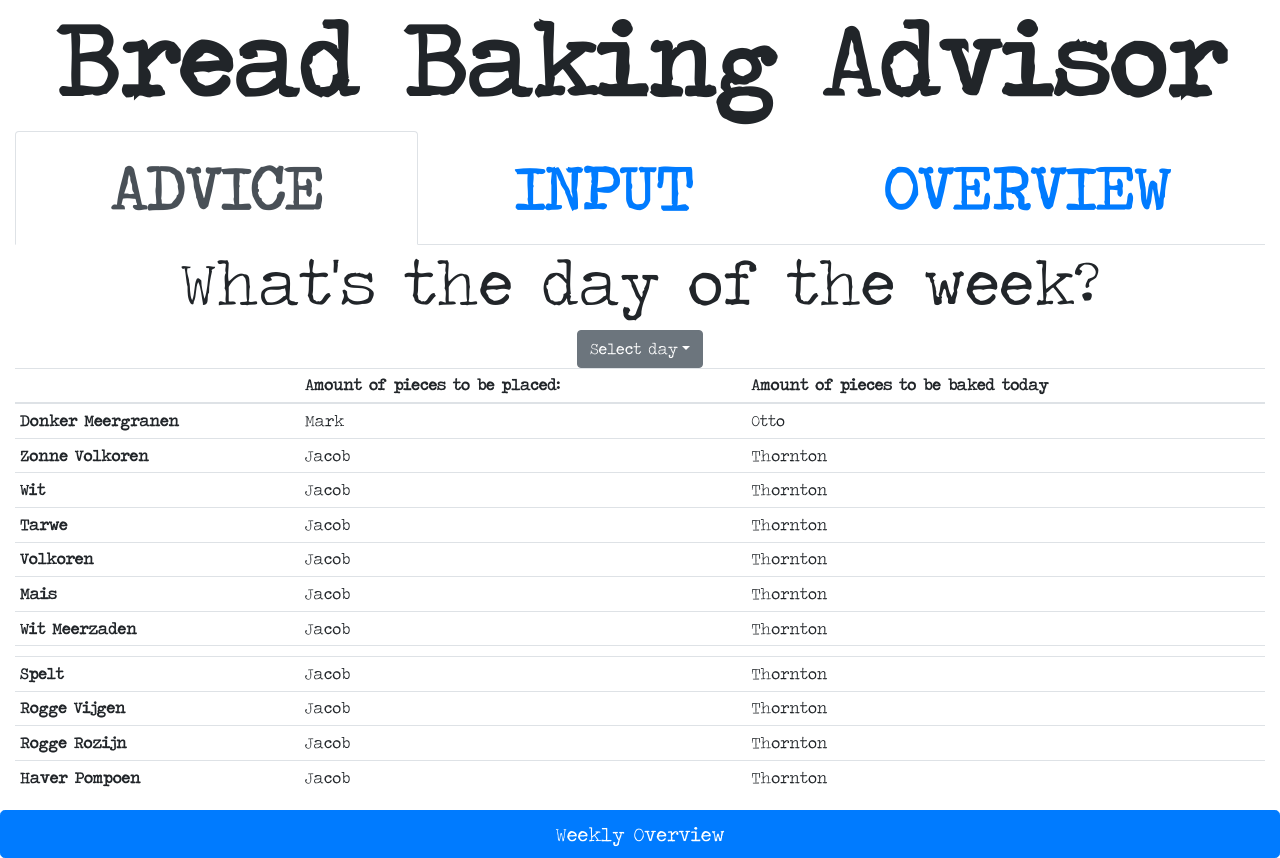
Repository: MarthGimenzo/bread-baking-advisor
Page: index.html
The author's editor kept a record of every edit. The page is drawn from the files as they stood at one moment, then again after the next edit.
The browser window is 1280 px wide. The pictures show the whole page.

Above is the page before.

### index.html
<!doctype html>
<html lang="en">

<head>
    <!-- Required meta tags -->
    <meta charset="utf-8">
    <meta name="viewport" content="width=device-width, initial-scale=1, shrink-to-fit=no">

    <!-- Bootstrap CSS -->
    <link rel="stylesheet" href="https://stackpath.bootstrapcdn.com/bootstrap/4.3.1/css/bootstrap.min.css" integrity="sha384-ggOyR0iXCbMQv3Xipma34MD+dH/1fQ784/j6cY/iJTQUOhcWr7x9JvoRxT2MZw1T" crossorigin="anonymous">
    <link rel="stylesheet" href="" type="text/css" />
    <link rel="stylesheet" href="assets/css/stylesheet.css" type="text/css" charset="utf-8" />
    <title>Bread Baking Advisor</title>
</head>

<body>

    <h1>Bread Baking Advisor</h1>
    <div class="container-fluid">
        <ul class="nav nav-tabs nav-fill">
            <li class="nav-item">
                <a class="nav-link active" href="#">ADVICE</a>
            </li>
            <li class="nav-item">
                <a class="nav-link" href="#">INPUT</a>
            </li>
            <li class="nav-item">
                <a class="nav-link" href="#">OVERVIEW</a>
            </li>
        </ul>
    </div>
    <h2>What's the day of the week?</h2>
    <div class="container-fluid">
        <div class="dropdown">
            <button class="btn btn-secondary dropdown-toggle" type="button" id="dropdownMenuButton" data-toggle="dropdown" aria-haspopup="true" aria-expanded="false">Select day</button>
            <div class="dropdown-menu" aria-labelledby="dropdownMenuButton">
                <a class="dropdown-item" href="#">Tuesday</a>
                <a class="dropdown-item" href="#">Wednesday</a>
                <a class="dropdown-item" href="#">Thursday</a>
                <a class="dropdown-item" href="#">Friday</a>
                <a class="dropdown-item" href="#">Saturday</a>
                <a class="dropdown-item" href="#">Sunday</a>
            </div>
        </div>
    </div>
    <div class="container-fluid">
        <table class="table table-sm">
            <thead>
                <tr>
                    <th scope="col"></th>
                    <th scope="col">Amount of pieces to be placed:</th>
                    <th scope="col">Amount of pieces to be baked today</th>

                </tr>
            </thead>
            <tbody>
                <tr>
                    <th scope="row">Donker Meergranen</th>
                    <td>Mark</td>
                    <td>Otto</td>
                </tr>
                <tr>
                    <th scope="row">Zonne Volkoren</th>
                    <td>Jacob</td>
                    <td>Thornton</td>
                </tr>
                <tr>
                    <th scope="row">Wit</th>
                    <td>Jacob</td>
                    <td>Thornton</td>
                </tr>
                <tr>
                    <th scope="row">Tarwe</th>
                    <td>Jacob</td>
                    <td>Thornton</td>
                </tr>
                <tr>
                    <th scope="row">Volkoren</th>
                    <td>Jacob</td>
                    <td>Thornton</td>
                </tr>
                <tr>
                    <th scope="row">Mais</th>
                    <td>Jacob</td>
                    <td>Thornton</td>
                </tr>
                <tr>
                    <th scope="row">Wit Meerzaden</th>
                    <td>Jacob</td>
                    <td>Thornton</td>
                </tr>
                <tr>
                    <th scope="row"></th>
                    <td></td>
                    <td></td>
                </tr>
                <tr>
                    <th scope="row">Spelt</th>
                    <td>Jacob</td>
                    <td>Thornton</td>
                </tr>
                <tr>
                    <th scope="row">Rogge Vijgen</th>
                    <td>Jacob</td>
                    <td>Thornton</td>
                </tr>
                <tr>
                    <th scope="row">Rogge Rozijn</th>
                    <td>Jacob</td>
                    <td>Thornton</td>
                </tr>
                <tr>
                    <th scope="row">Haver Pompoen</th>
                    <td>Jacob</td>
                    <td>Thornton</td>
                </tr>
            </tbody>
        </table>
    </div>
<footer>
    <button type="button" class="btn btn-primary btn-lg btn-block">Weekly Overview</button>
</footer>



    <!-- Optional JavaScript -->
    <!-- jQuery first, then Popper.js, then Bootstrap JS -->
    <script src="https://code.jquery.com/jquery-3.3.1.slim.min.js" integrity="sha384-q8i/X+965DzO0rT7abK41JStQIAqVgRVzpbzo5smXKp4YfRvH+8abtTE1Pi6jizo" crossorigin="anonymous"></script>
    <script src="https://cdnjs.cloudflare.com/ajax/libs/popper.js/1.14.7/umd/popper.min.js" integrity="sha384-UO2eT0CpHqdSJQ6hJty5KVphtPhzWj9WO1clHTMGa3JDZwrnQq4sF86dIHNDz0W1" crossorigin="anonymous"></script>
    <script src="https://stackpath.bootstrapcdn.com/bootstrap/4.3.1/js/bootstrap.min.js" integrity="sha384-JjSmVgyd0p3pXB1rRibZUAYoIIy6OrQ6VrjIEaFf/nJGzIxFDsf4x0xIM+B07jRM" crossorigin="anonymous"></script>
</body>

</html>

### assets/css/stylesheet.css
/*! Generated by Font Squirrel (https://www.fontsquirrel.com) on October 22, 2019 */

@font-face {
    font-family: 'traveling__typewriterregular';
    src: url('fonts/travelingtypewriter-webfont.woff2') format('woff2'),
         url('fonts/travelingtypewriter-webfont.woff') format('woff');
    font-weight: normal;
    font-style: normal;

}

h1 {
  font-size: 8vw;
  text-align: center;
  font-weight: bold;
}

h2 {
  font-size: 5vw;
  text-align: center;
}

.nav-link {
  font-size: 5vw;
  text-align: center;
  font-weight: bold;
}

.dropdown {
  font-size: 1vw;
  text-align: center;
  font-weight: bold;
}


body {
    font-family: 'traveling__typewriterregular', Arial, sans-serif;

}

After the next edit:
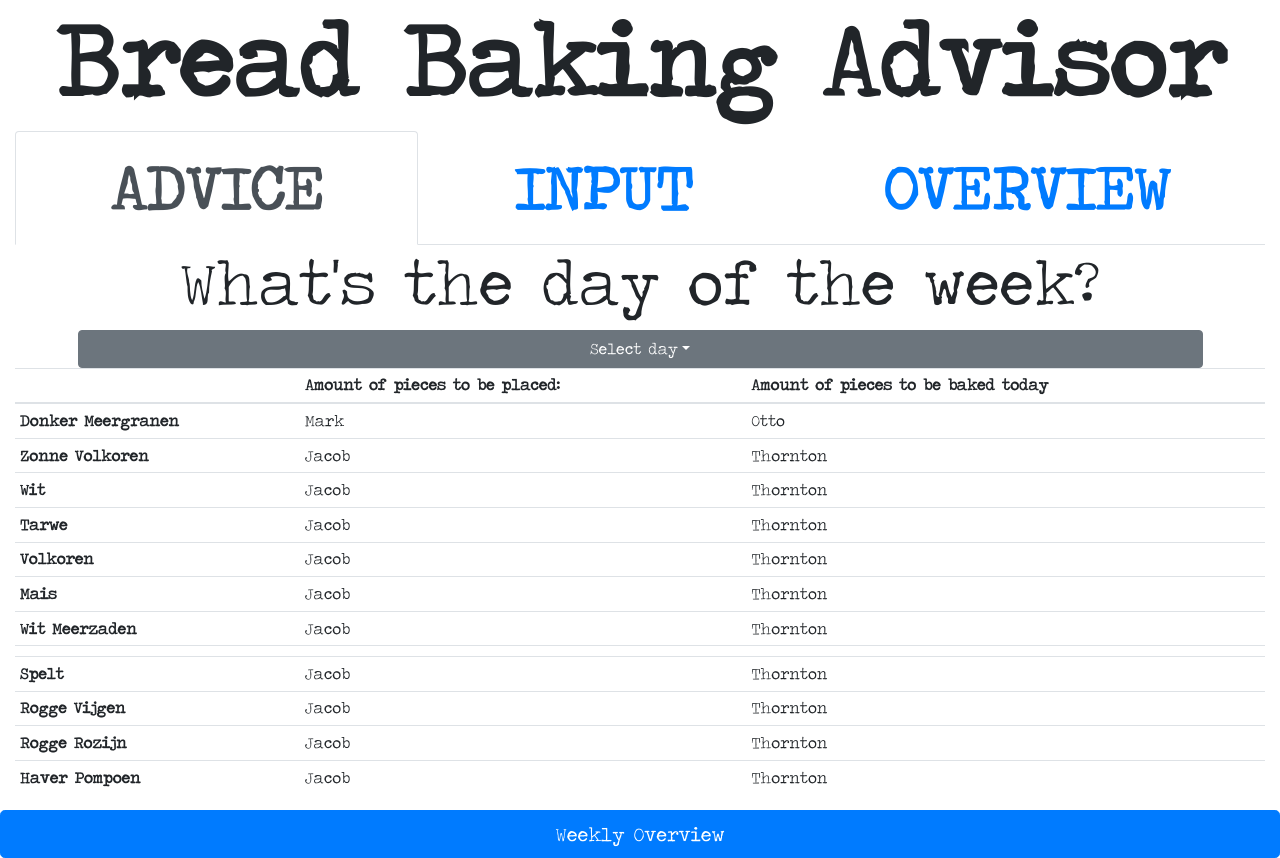
The edit:
--- a/assets/css/stylesheet.css
+++ b/assets/css/stylesheet.css
@@ -32,6 +32,10 @@
   font-weight: bold;
 }
 
+button {
+  width: 90%;
+
+}
 
 body {
     font-family: 'traveling__typewriterregular', Arial, sans-serif;
